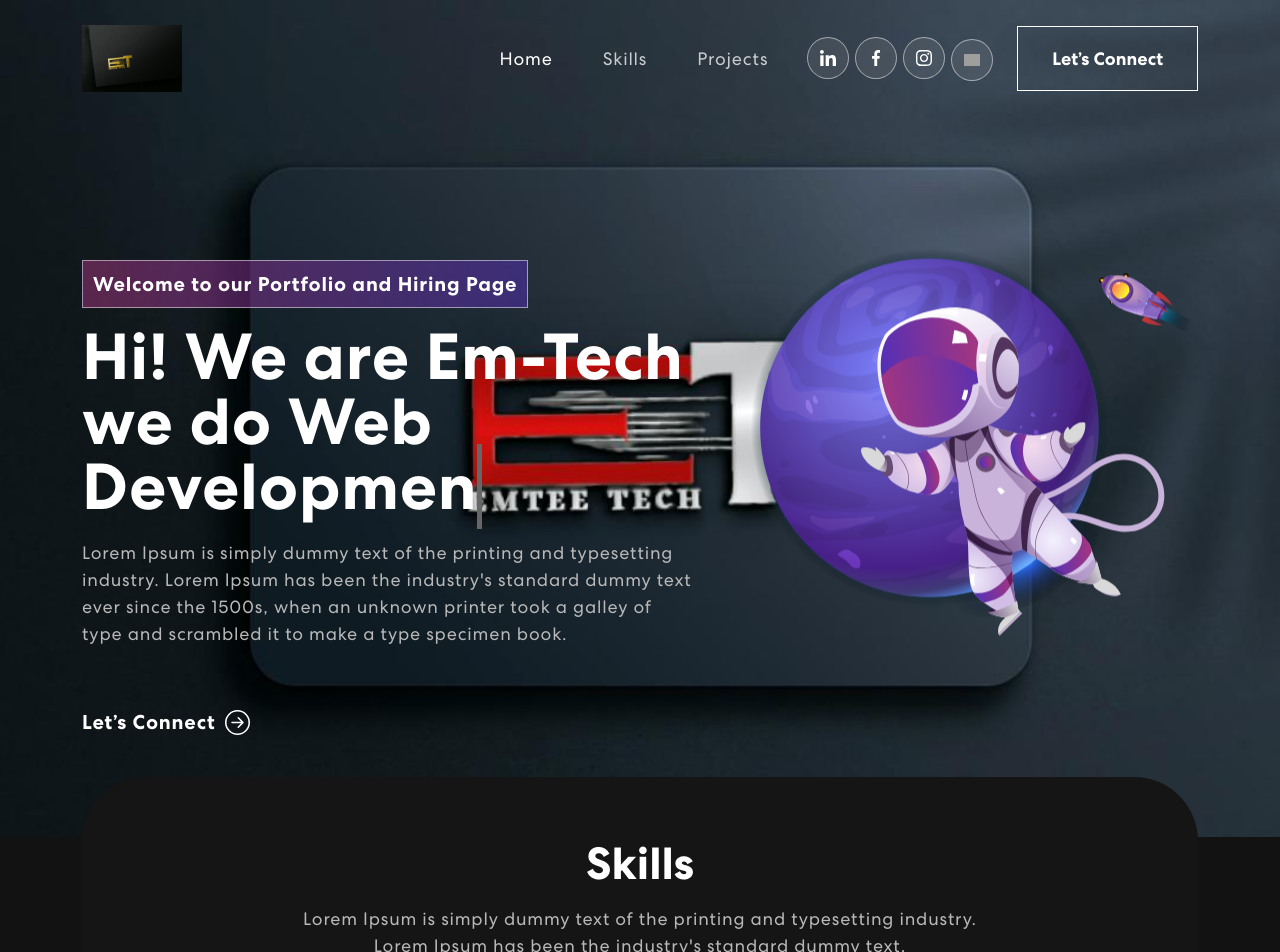
Repository: EmmanuelKeifala/emtee
Page: /
The author's editor kept a copy of each file at every save. The page is drawn from the files as they stood at one save, then again after the next save.
The browser window is 1280 px wide. The pictures show the part of the page from y = 0 to 952 px (the page is 3404 px tall).
Pictures or frames that could not be fetched are drawn as grey boxes. The project was rebuilt for these pictures with package versions that can differ from the ones it lists, and the page was loaded fresh each time. Some packages were replaced by stand-ins written for this rebuild.

Above is the page before, as saved 2022-09-29 21:03:39.

### public/index.html
<!DOCTYPE html>
<html lang="en">
  <head>
    <meta charset="utf-8" />
    <link rel="icon" href="%PUBLIC_URL%/favicon.ico" />
    <meta name="viewport" content="width=device-width, initial-scale=1" />
    <meta name="theme-color" content="#000000" />
    <meta name="description" content="Em-Tech" />
    <link rel="apple-touch-icon" href="%PUBLIC_URL%/logo192.png" />

    <link rel="manifest" href="%PUBLIC_URL%/manifest.json" />
    <title>Em-Tech</title>
  </head>
  <body>
    <div id="root"></div>
  </body>
</html>

### src/Components/Navbar.jsx
import React, { useState, useEffect } from "react";
import { Navbar, Container, Nav } from "react-bootstrap";
import logo from "../assets/img/lo.jpeg";
import navIcon1 from "../assets/img/nav-icon1.svg";
import navIcon2 from "../assets/img/nav-icon2.svg";
import navIcon3 from "../assets/img/nav-icon3.svg";
import { Twitter } from "react-bootstrap-icons";

const NavBar = () => {
  const [activeLink, setActiveLink] = useState("home");
  const [scrolled, setScrolled] = useState(false);
  useEffect(() => {
    const onScroll = () => {
      if (window.scrollY > 50) {
        setScrolled(true);
      } else {
        setScrolled(false);
      }
    };
    window.addEventListener("scroll", onScroll);

    return () => window.removeEventListener("scroll", onScroll);
  }, []);
  const onUpdateActiveLink = (value) => {
    setActiveLink(value);
  };
  return (
    <Navbar expand="md" className={scrolled ? "scrolled" : ""}>
      <Container>
        <Navbar.Brand href="/">
          <img src={logo} alt="Logo" />
        </Navbar.Brand>
        <Navbar.Toggle aria-controls="basic-navbar-nav">
          <span className="navbar-toggler-icon"></span>
        </Navbar.Toggle>
        <Navbar.Collapse id="basic-navbar-nav">
          <Nav className="ms-auto">
            <Nav.Link
              href="#home"
              className={
                activeLink === "home" ? "active navbar-link" : "navbar-link"
              }
              onClick={() => onUpdateActiveLink("home")}
            >
              Home
            </Nav.Link>
            <Nav.Link
              href="#skills"
              className={
                activeLink === "skills" ? "active navbar-link" : "navbar-link"
              }
              onClick={() => onUpdateActiveLink("skills")}
            >
              Skills
            </Nav.Link>
            <Nav.Link
              href="#project"
              className={
                activeLink === "project" ? "active navbar-link" : "navbar-link"
              }
              onClick={() => onUpdateActiveLink("project")}
            >
              Projects
            </Nav.Link>
          </Nav>
          <span className="navbar-text">
            <div className="social-icon">
              <a href="#">
                <img src={navIcon1} alt="" />
              </a>
              <a href="#">
                <img src={navIcon2} alt="" />
              </a>
              <a href="#">
                <img src={navIcon3} alt="" />
              </a>
              <a href="#">
                <img src={<Twitter />} alt="" />
              </a>
            </div>
            <button className="vvd">
              <span>Let’s Connect</span>
            </button>
          </span>
        </Navbar.Collapse>
      </Container>
    </Navbar>
  );
};

export default NavBar;

### src/Components/Banner.jsx
import React from "react";
import { useState, useEffect } from "react";
import { Container, Row, Col } from "react-bootstrap";
import { ArrowRightCircle } from "react-bootstrap-icons";
import headerImg from "../assets/img/header-img.svg";
import "animate.css";
import TrackVisibility from "react-on-screen";
const Banner = () => {
  const [loopNum, setLoopNum] = useState(0);
  const [isDeleting, setIsDeleting] = useState(false);
  const [text, setText] = useState("");
  const [delta, setDelta] = useState(300 - Math.random() * 100);
  const [index, setIndex] = useState(1);
  const toRotate = ["Web Development", "Web Design", "UI/UX Design"];
  const period = 2000;

  useEffect(() => {
    let ticker = setInterval(() => {
      tick();
    }, delta);

    return () => {
      clearInterval(ticker);
    };
  }, [text]);

  const tick = () => {
    let i = loopNum % toRotate.length;
    let fullText = toRotate[i];
    let updatedText = isDeleting
      ? fullText.substring(0, text.length - 1)
      : fullText.substring(0, text.length + 1);

    setText(updatedText);

    if (isDeleting) {
      setDelta((prevDelta) => prevDelta / 2);
    }

    if (!isDeleting && updatedText === fullText) {
      setIsDeleting(true);
      setIndex((prevIndex) => prevIndex - 1);
      setDelta(period);
    } else if (isDeleting && updatedText === "") {
      setIsDeleting(false);
      setLoopNum(loopNum + 1);
      setIndex(1);
      setDelta(500);
    } else {
      setIndex((prevIndex) => prevIndex + 1);
    }
  };

  return (
    <section className="banner" id="home">
      <Container>
        <Row className="aligh-items-center">
          <Col xs={12} md={6} xl={7}>
            <TrackVisibility>
              {({ isVisible }) => (
                <div
                  className={
                    isVisible ? "animate__animated animate__fadeIn" : ""
                  }
                >
                  <span className="tagline">
                    Welcome to our Portfolio and Hiring Page
                  </span>
                  <h1>
                    {`Hi! We are Em-Tech we do`}{" "}
                    <span
                      className="txt-rotate"
                      dataPeriod="1000"
                      data-rotate='[ "Web Developement", "Web Design", "UI/UX Design" ]'
                    >
                      <span className="wrap">{text}</span>
                    </span>
                  </h1>
                  <p>
                    Lorem Ipsum is simply dummy text of the printing and
                    typesetting industry. Lorem Ipsum has been the industry's
                    standard dummy text ever since the 1500s, when an unknown
                    printer took a galley of type and scrambled it to make a
                    type specimen book.
                  </p>
                  <button onClick={() => console.log("connect")}>
                    Let’s Connect <ArrowRightCircle size={25} />
                  </button>
                </div>
              )}
            </TrackVisibility>
          </Col>
          <Col xs={12} md={6} xl={5}>
            <TrackVisibility>
              {({ isVisible }) => (
                <div
                  className={
                    isVisible ? "animate__animated animate__zoomIn" : ""
                  }
                >
                  <img src={headerImg} alt="Header Img" />
                </div>
              )}
            </TrackVisibility>
          </Col>
        </Row>
      </Container>
    </section>
  );
};

export default Banner;

### src/Components/Skills.jsx
import React from "react";
import meter1 from "../assets/img/meter1.svg";
import meter2 from "../assets/img/meter2.svg";
import meter3 from "../assets/img/meter3.svg";
import Carousel from "react-multi-carousel";
import "react-multi-carousel/lib/styles.css";
import arrow1 from "../assets/img/arrow1.svg";
import arrow2 from "../assets/img/arrow2.svg";
import colorSharp from "../assets/img/color-sharp.png";
const Skills = () => {
  const responsive = {
    superLargeDesktop: {
      // the naming can be any, depends on you.
      breakpoint: { max: 4000, min: 3000 },
      items: 5,
    },
    desktop: {
      breakpoint: { max: 3000, min: 1024 },
      items: 3,
    },
    tablet: {
      breakpoint: { max: 1024, min: 464 },
      items: 2,
    },
    mobile: {
      breakpoint: { max: 464, min: 0 },
      items: 1,
    },
  };
  return (
    <section className="skill" id="skills">
      <div className="container">
        <div className="row">
          <div className="col-12">
            <div className="skill-bx wow zoomIn">
              <h2>Skills</h2>
              <p>
                Lorem Ipsum is simply dummy text of the printing and typesetting
                industry.<br></br> Lorem Ipsum has been the industry's standard
                dummy text.
              </p>
              <Carousel
                responsive={responsive}
                infinite={true}
                className="owl-carousel owl-theme skill-slider"
              >
                <div className="item">
                  <img src={meter1} alt="Image" />
                  <h5>Graphic Design</h5>
                </div>
                <div className="item">
                  <img src={meter2} alt="Image" />
                  <h5>Brand Identity</h5>
                </div>
                <div className="item">
                  <img src={meter3} alt="Image" />
                  <h5>Logo Design</h5>
                </div>
                <div className="item">
                  <img src={meter1} alt="Image" />
                  <h5>Web Development</h5>
                </div>
              </Carousel>
            </div>
          </div>
        </div>
      </div>
      <img className="background-image-left" src={colorSharp} alt="Image" />
    </section>
  );
};

export default Skills;

### src/Components/Projects.jsx
import React from "react";
import { Container, Row, Col, Tab, Nav } from "react-bootstrap";
import { ProjectCard } from "./ProjectCard";
import projImg1 from "../assets/img/project-img1.png";
import projImg2 from "../assets/img/project-img2.png";
import projImg3 from "../assets/img/project-img3.png";
import colorSharp2 from "../assets/img/color-sharp2.png";
import ecommerce from "../assets/img/Ecommerce-2.jpeg";
import tiktok from "../assets/img/tiktok-clone-1.png";
import spotify from "../assets/img/spotify.webp";
import food from "../assets/img/food.png";
import chatapp from "../assets/img/chatapp.jpeg";
import amazon from "../assets/img/amazon.png";
import "animate.css";
import TrackVisibility from "react-on-screen";
const Projects = () => {
  const projects = [
    {
      title: "Business Startup",
      description: "Design & Development",
      imgUrl: projImg1,
    },
    {
      title: "Business Startup",
      description: "Design & Development",
      imgUrl: projImg2,
    },
    {
      title: "Business Startup",
      description: "Design & Development",
      imgUrl: projImg3,
    },
    {
      title: "Business Startup",
      description: "Design & Development",
      imgUrl: projImg1,
    },
    {
      title: "Business Startup",
      description: "Design & Development",
      imgUrl: projImg2,
    },
    {
      title: "Business Startup",
      description: "Design & Development",
      imgUrl: projImg3,
    },
  ];
  const web = [
    {
      title: "Ecommerce Website",
      description: "It handles order, sales etc",
      imgUrl: ecommerce,
    },
    {
      title: "A Tik Tok clone",
      description: "Design & Development",
      imgUrl: tiktok,
    },
    {
      title: "Spotify Clone",
      description: "Design & Development",
      imgUrl: spotify,
    },
    {
      title: "Food Order and Delivery",
      description: "Design & Development",
      imgUrl: food,
    },
    {
      title: "Chat App",
      description: "Design & Development",
      imgUrl: chatapp,
    },
    {
      title: "Amazon Clone",
      description: "Design & Development",
      imgUrl: amazon,
    },
  ];
  return (
    <section className="project" id="project">
      <Container>
        <Row>
          <Col size={12}>
            <TrackVisibility>
              {({ isVisible }) => (
                <div
                  className={
                    isVisible ? "animate__animated animate__fadeIn" : ""
                  }
                >
                  <h2>Projects</h2>
                  <p>
                    Lorem Ipsum is simply dummy text of the printing and
                    typesetting industry. Lorem Ipsum has been the industry's
                    standard dummy text ever since the 1500s, when an unknown
                    printer took a galley of type and scrambled it to make a
                    type specimen book.
                  </p>
                  <Tab.Container id="projects-tabs" defaultActiveKey="first">
                    <Nav
                      variant="pills"
                      className="nav-pills mb-5 justify-content-center align-items-center"
                      id="pills-tab"
                    >
                      <Nav.Item>
                        <Nav.Link eventKey="first">Tab 1</Nav.Link>
                      </Nav.Item>
                      <Nav.Item>
                        <Nav.Link eventKey="second">Tab 2</Nav.Link>
                      </Nav.Item>
                      <Nav.Item>
                        <Nav.Link eventKey="third">Tab 3</Nav.Link>
                      </Nav.Item>
                    </Nav>
                    <Tab.Content
                      id="slideInUp"
                      className={
                        isVisible ? "animate__animated animate__slideInUp" : ""
                      }
                    >
                      <Tab.Pane eventKey="first">
                        <Row>
                          {projects.map((project, index) => {
                            return <ProjectCard key={index} {...project} />;
                          })}
                        </Row>
                      </Tab.Pane>
                      <Tab.Pane eventKey="second">
                        <Row>
                          {web.map((project, index) => {
                            return <ProjectCard key={index} {...project} />;
                          })}
                        </Row>
                      </Tab.Pane>
                      <Tab.Pane eventKey="third">
                        <p>
                          Lorem ipsum dolor sit amet consectetur adipisicing
                          elit. Cumque quam, quod neque provident velit, rem
                          explicabo excepturi id illo molestiae blanditiis,
                          eligendi dicta officiis asperiores delectus quasi
                          inventore debitis quo.
                        </p>
                      </Tab.Pane>
                    </Tab.Content>
                  </Tab.Container>
                </div>
              )}
            </TrackVisibility>
          </Col>
        </Row>
      </Container>
      <img className="background-image-right" src={colorSharp2}></img>
    </section>
  );
};

export default Projects;

### src/Components/Contact.jsx
import React from "react";
import { useState } from "react";
import { Container, Row, Col } from "react-bootstrap";
import contactImg from "../assets/img/contact-img.svg";
import "animate.css";
import { Form, Input, TextArea, Button } from "semantic-ui-react";
import TrackVisibility from "react-on-screen";
import Swal from "sweetalert2";
import emailjs from "emailjs-com";
const Contact = () => {
  const formInitialDetails = {
    firstName: "",
    lastName: "",
    email: "",
    phone: "",
    message: "",
  };

  const SERVICE_ID = "service_hdc70rt";
  const TEMPLATE_ID = "template_uccb61k";
  const USER_ID = "tjSBze7Rp8m252Qv_";

  const [formDetails, setFormDetails] = useState(formInitialDetails);
  const [buttonText, setButtonText] = useState("Send");
  const [status, setStatus] = useState({});

  const onFormUpdate = (category, value) => {
    setFormDetails({
      ...formDetails,
      [category]: value,
    });
  };

  const handleOnSubmit = (e) => {
    e.preventDefault();
    emailjs.sendForm(SERVICE_ID, TEMPLATE_ID, e.target, USER_ID).then(
      (result) => {
        console.log(result.text);
        Swal.fire({
          icon: "success",
          title: "Message Sent Successfully",
        });
      },
      (error) => {
        console.log(error.text);
        Swal.fire({
          icon: "error",
          title: "Ooops, something went wrong",
          text: error.text,
        });
      }
    );
    console.log(e.target);
    e.target.reset();
  };

  return (
    <section className="contact" id="connect">
      <Container>
        <Row className="align-items-center">
          <Col size={12} md={6}>
            <TrackVisibility>
              {({ isVisible }) => (
                <img
                  className={
                    isVisible ? "animate__animated animate__zoomIn" : ""
                  }
                  src={contactImg}
                  alt="Contact Us"
                />
              )}
            </TrackVisibility>
          </Col>
          <Col size={12} md={6}>
            <TrackVisibility>
              {({ isVisible }) => (
                <div
                  className={
                    isVisible ? "animate__animated animate__fadeIn" : ""
                  }
                >
                  <h2>Get In Touch</h2>
                  <form onSubmit={handleOnSubmit}>
                    <Row>
                      <Col size={12} sm={6} className="px-1">
                        <Form.Field
                          id="form-input-control-email"
                          control={Input}
                          label="Email"
                          name="user_email"
                          placeholder="Email…"
                          required
                          icon="mail"
                          iconPosition="left"
                        />
                      </Col>
                      <Col size={12} sm={6} className="px-1">
                        <Form.Field
                          id="form-input-control-last-name"
                          control={Input}
                          label="Name"
                          name="user_name"
                          placeholder="Name…"
                          required
                          icon="user circle"
                          iconPosition="left"
                        />
                      </Col>
                      <Col size={12} className="px-1">
                        <Form.Field
                          id="form-textarea-control-opinion"
                          control={TextArea}
                          label="Message"
                          name="user_message"
                          placeholder="Message..."
                          required
                        />
                        <button type="submit">
                          <span>{buttonText}</span>
                        </button>
                      </Col>
                      {status.message && (
                        <Col>
                          <p
                            className={
                              status.success === false ? "danger" : "success"
                            }
                          >
                            {status.message}
                          </p>
                        </Col>
                      )}
                    </Row>
                  </form>
                </div>
              )}
            </TrackVisibility>
          </Col>
        </Row>
      </Container>
    </section>
  );
};

export default Contact;

### src/Components/Footer.jsx
import React from "react";
import { Container, Row, Col } from "react-bootstrap";
import logo from "../assets/img/logo.svg";
import navIcon1 from "../assets/img/nav-icon1.svg";
import navIcon2 from "../assets/img/nav-icon2.svg";
import navIcon3 from "../assets/img/nav-icon3.svg";

const Footer = () => {
  return (
    <footer className="footer">
      <Container>
        <Row className="align-items-center">
          <Col size={12} sm={6}>
            <img src={logo} alt="Logo" />
          </Col>
          <Col size={12} sm={6} className="text-center text-sm-end">
            <div className="social-icon">
              <a href="#" className="icon">
                <img src={navIcon1} alt="Icon" className="icon-1" />
              </a>
              <a href="#" className="icon">
                <img src={navIcon2} alt="Icon" className="icon-1" />
              </a>
              <a href="#" className="icon">
                <img src={navIcon3} alt="Icon" className="icon-1" />
              </a>
            </div>
            <p>Copyright 2022. All Rights Reserved</p>
            <p>Develped by Em-Tech</p>
          </Col>
        </Row>
      </Container>
    </footer>
  );
};

export default Footer;

### src/Components/ProjectCard.jsx
import { Col } from "react-bootstrap";

export const ProjectCard = ({ title, description, imgUrl }) => {
  return (
    <Col size={12} sm={6} md={4}>
      <div className="proj-imgbx">
        <img src={imgUrl} className="prop-image" />
        <div className="proj-txtx">
          <h4>{title}</h4>
          <span>{description}</span>
        </div>
      </div>
    </Col>
  );
};

Loaded but not shown: src/index.js (common file); src/index.css (common file); src/reportWebVitals.js (common file); src/App.js (23 lines, source omitted); src/App.css (729 lines, source omitted)

After the next save:
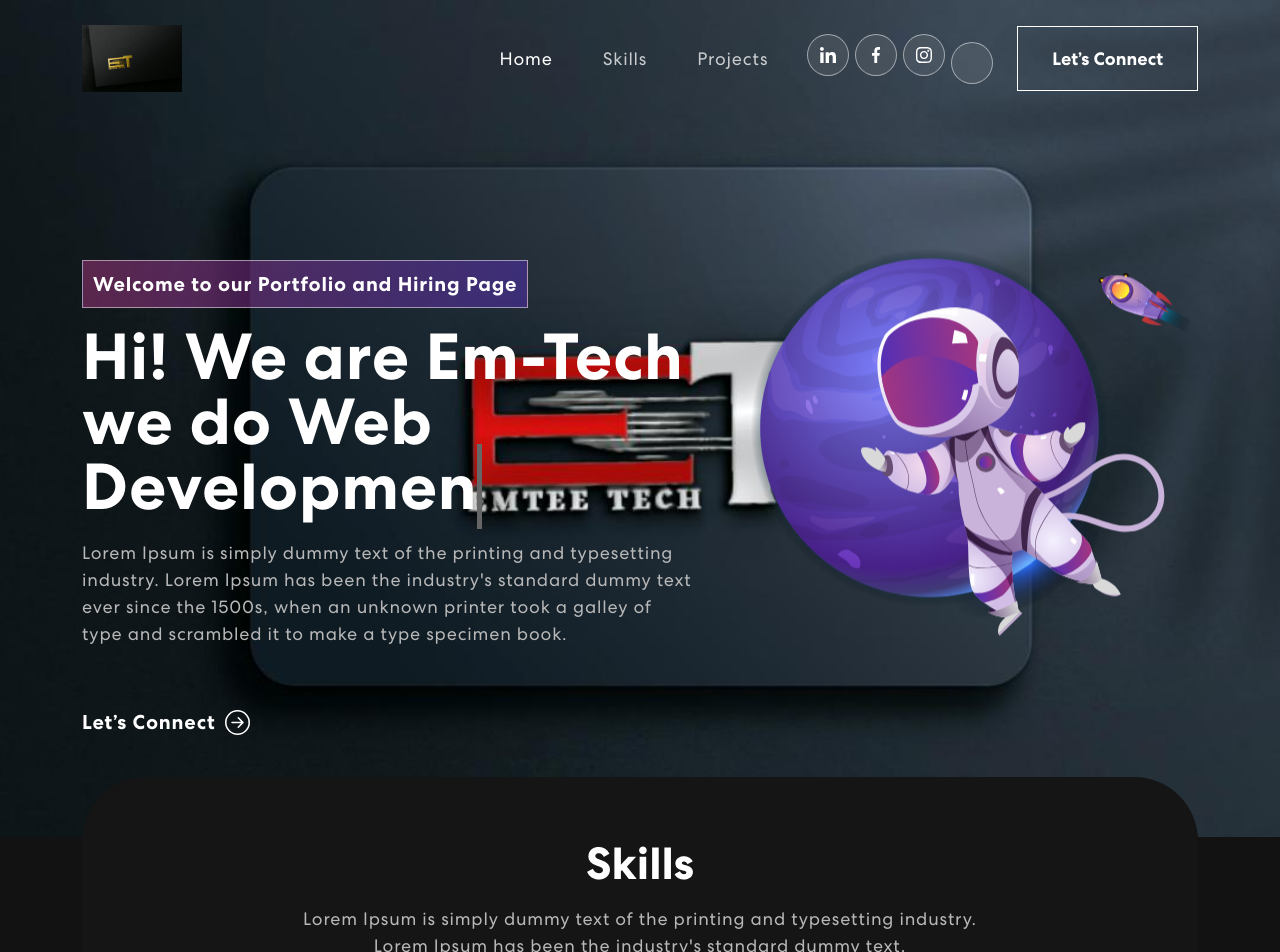
Saved 22 s later.
--- a/src/Components/Navbar.jsx
+++ b/src/Components/Navbar.jsx
@@ -75,7 +75,7 @@
                 <img src={navIcon3} alt="" />
               </a>
               <a href="#">
-                <img src={<Twitter />} alt="" />
+                <img src={""} alt="" />
               </a>
             </div>
             <button className="vvd">
